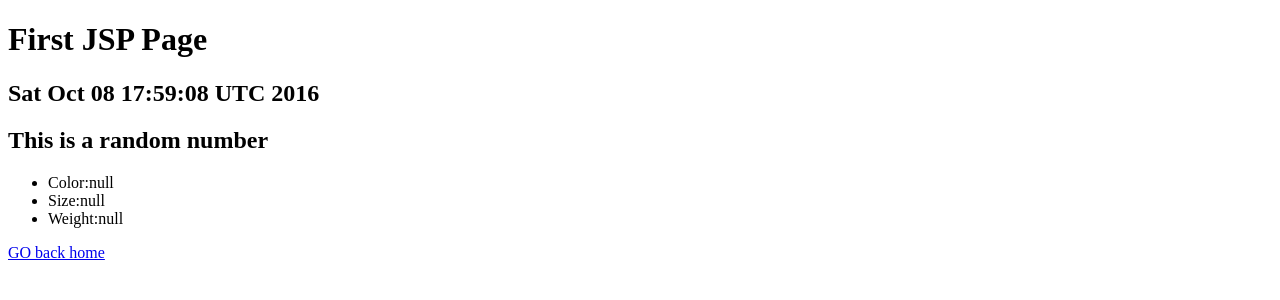
Repository: derekpwwong/jee-workspace
Page: http://localhost/WebServlet/example.jsp
The author's editor kept a copy of each file at every save. The page is drawn from the files as they stood at one save, then again after the next save.
The browser window is 1280 px wide. The pictures show the whole page.
The page is served by Tomcat 9. Other server files are loaded and not shown.

Above is the page before, as saved 2016-11-05 19:36:27.

### workspace/workspace/WebServlet/WebContent/example.jsp
<%@ page language="java" contentType="text/html; charset=ISO-8859-1"
    pageEncoding="ISO-8859-1"%>
<!DOCTYPE html PUBLIC "-//W3C//DTD HTML 4.01 Transitional//EN" "http://www.w3.org/TR/html4/loose.dtd">
<html>
<head>
<meta http-equiv="Content-Type" content="text/html; charset=ISO-8859-1">
<title>First JSP Page</title>
<%
	String bgColor = request.getParameter("bgColor");
	if((bgColor== null) || (bgColor.trim().equals("")))
		{
		bgColor="Green";
		}
%>
</head>
<body>
	<h1><% out.println("First JSP Page"); %></h1>
	<h2><% out.println(new java.util.Date()); %></h2>
	<h2>This is a random number<% Math.random(); %></h2>
	<ul>
		<li>Color:<%= request.getParameter("color") %></li>
		<li>Size:<%= request.getParameter("size") %></li>
		<li>Weight:<%= request.getParameter("weight") %></li>
	</ul>

	<a href="index.html">GO back home</a>
</body>
</html>

After the next save:
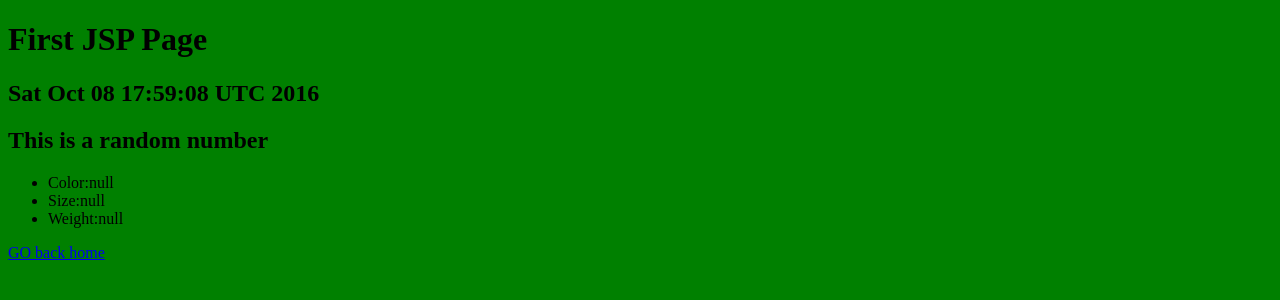
Saved 2 min 27 s later.
--- a/workspace/workspace/WebServlet/WebContent/example.jsp
+++ b/workspace/workspace/WebServlet/WebContent/example.jsp
@@ -13,7 +13,7 @@
 		}
 %>
 </head>
-<body>
+<body style="background-color:<%=bgColor%>">
 	<h1><% out.println("First JSP Page"); %></h1>
 	<h2><% out.println(new java.util.Date()); %></h2>
 	<h2>This is a random number<% Math.random(); %></h2>
